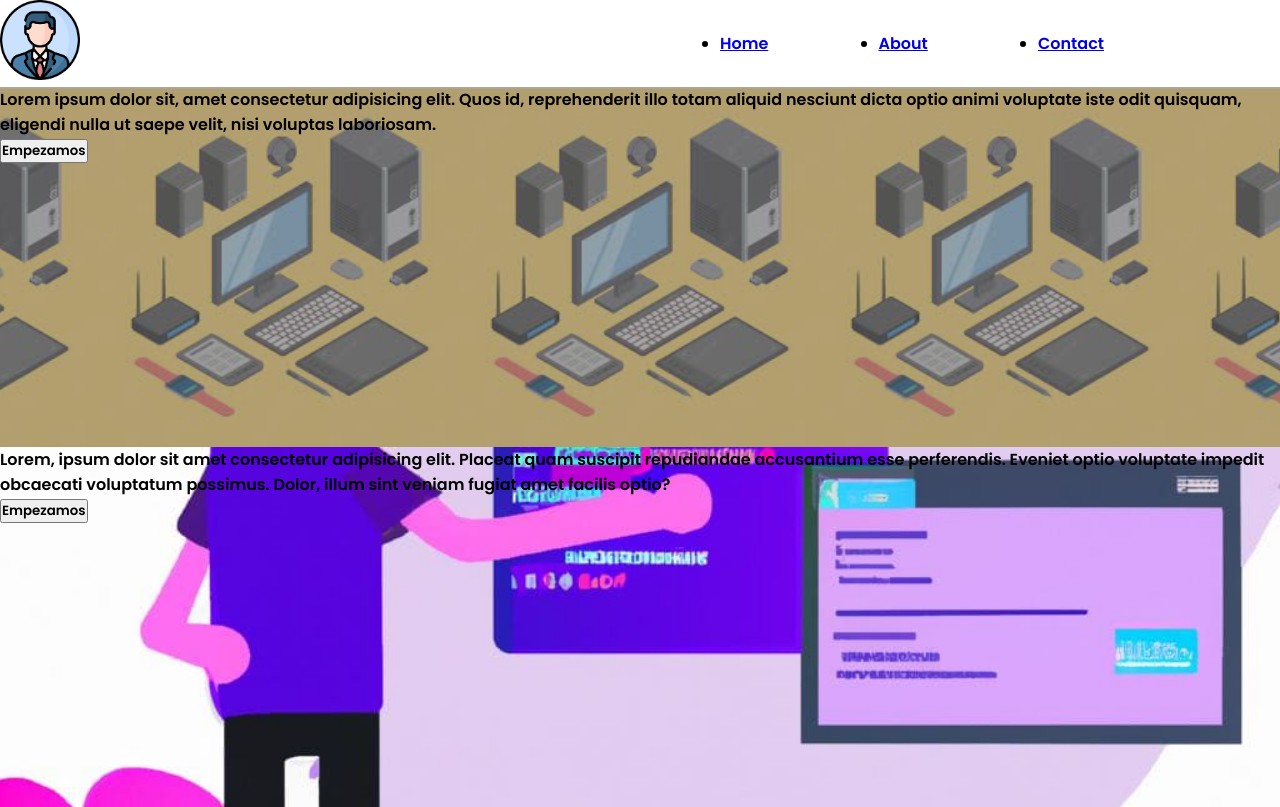
Repository: Sxcram02/projects
Page: screen-split/index.html
The author's editor kept a copy of each file at every save. The page is drawn from the files as they stood at one save, then again after a run of saves.
The browser window is 1280 px wide. The pictures show the whole page.

Above is the page before, as saved 2023-03-17 00:31:43.

After the next 4 saves:
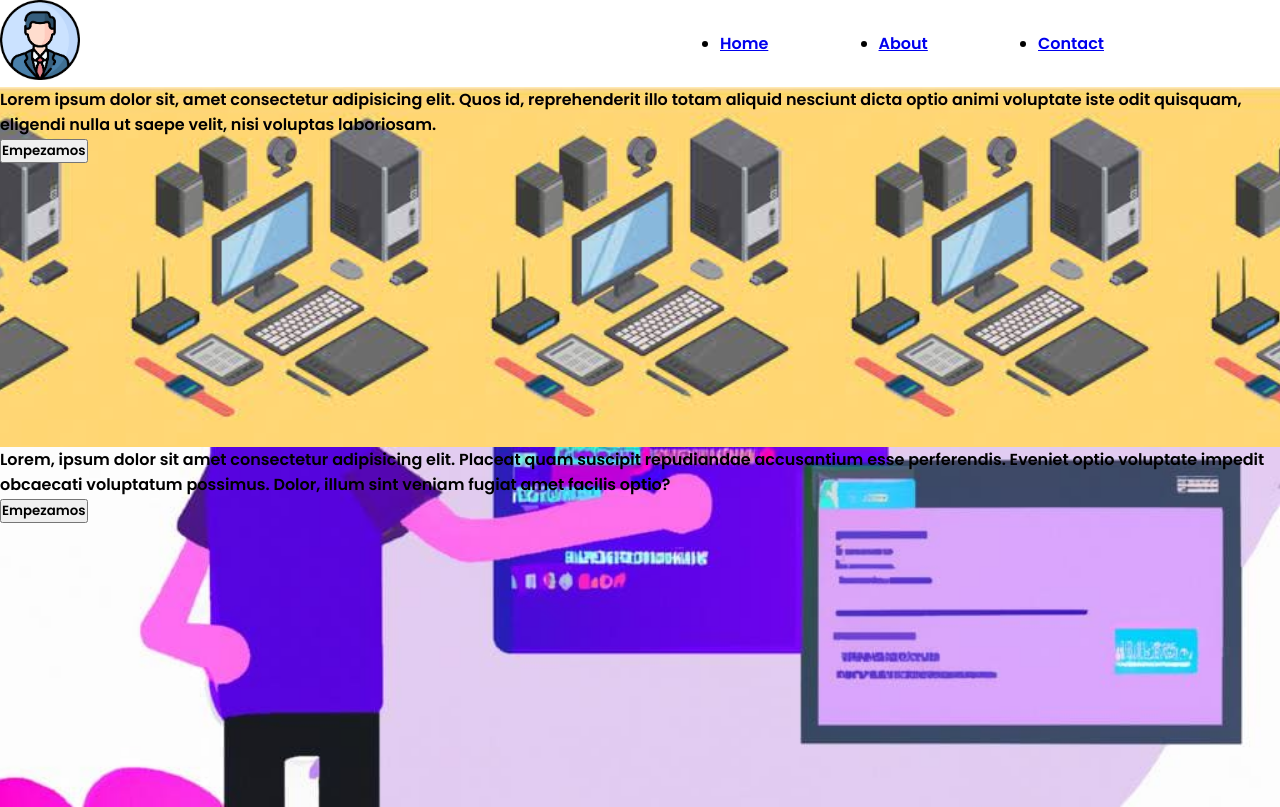
The 4 saves are shown as one change because they came seconds apart.
The last was saved 60 s later.
--- a/screen-split/style/index.css
+++ b/screen-split/style/index.css
@@ -52,7 +52,7 @@ aside {
 }
 
 .image-filterHard {
-    background-color: rgba(107, 107, 107, 0.508);
+    background:linear-gradient();
     height: 100%;
 }
 
